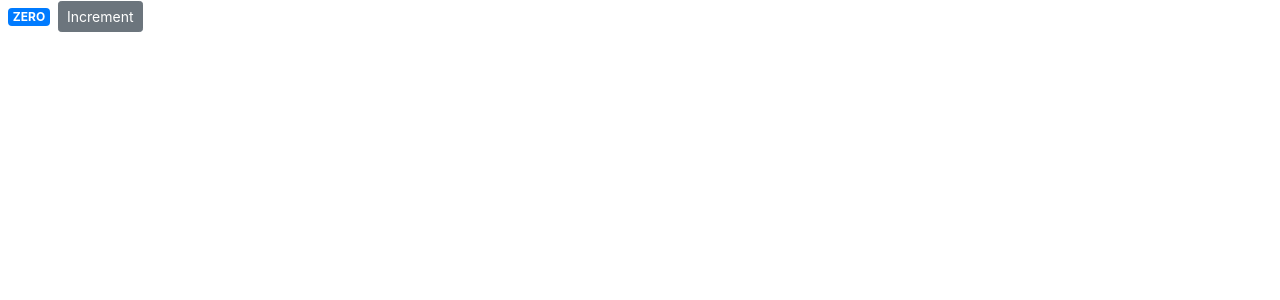
Repository: NikhilSurani/counter-app
Page: /
The author's editor kept a copy of each file at every save. The page is drawn from the files as they stood at one save, then again after the next save.
The browser window is 1280 px wide. The pictures show the whole page.
The project was rebuilt for these pictures with package versions that can differ from the ones it lists, and the page was loaded fresh each time.

Above is the page before, as saved 2018-12-28 18:38:30.

After the next save:
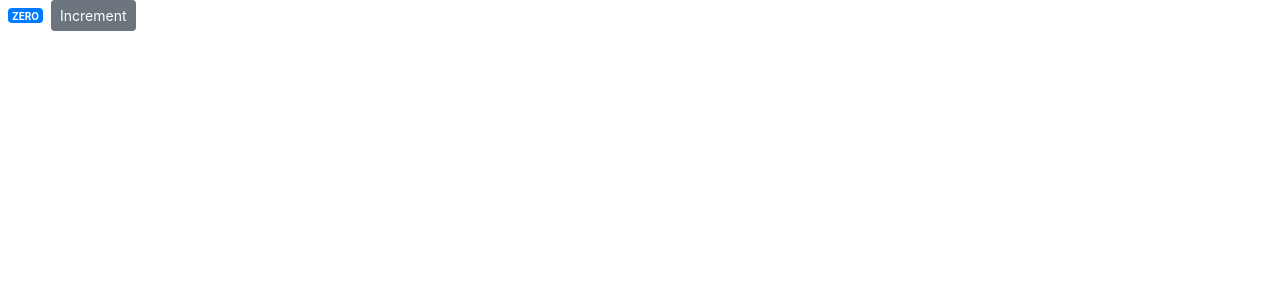
Saved 28 s later.
--- a/src/components/counter.jsx
+++ b/src/components/counter.jsx
@@ -12,7 +12,9 @@ class Counter extends Component {
     return (
       <React.Fragment>
         {/* <img src={this.state.imageUrl} alt="" /> */}
-        <span className="badge badge-primary m-2">{this.formatCount()}</span>
+        <span style={this.styles} className="badge badge-primary m-2">
+          {this.formatCount()}
+        </span>
         <button className="btn btn-secondary btn-sm">Increment</button>
       </React.Fragment>
     );
